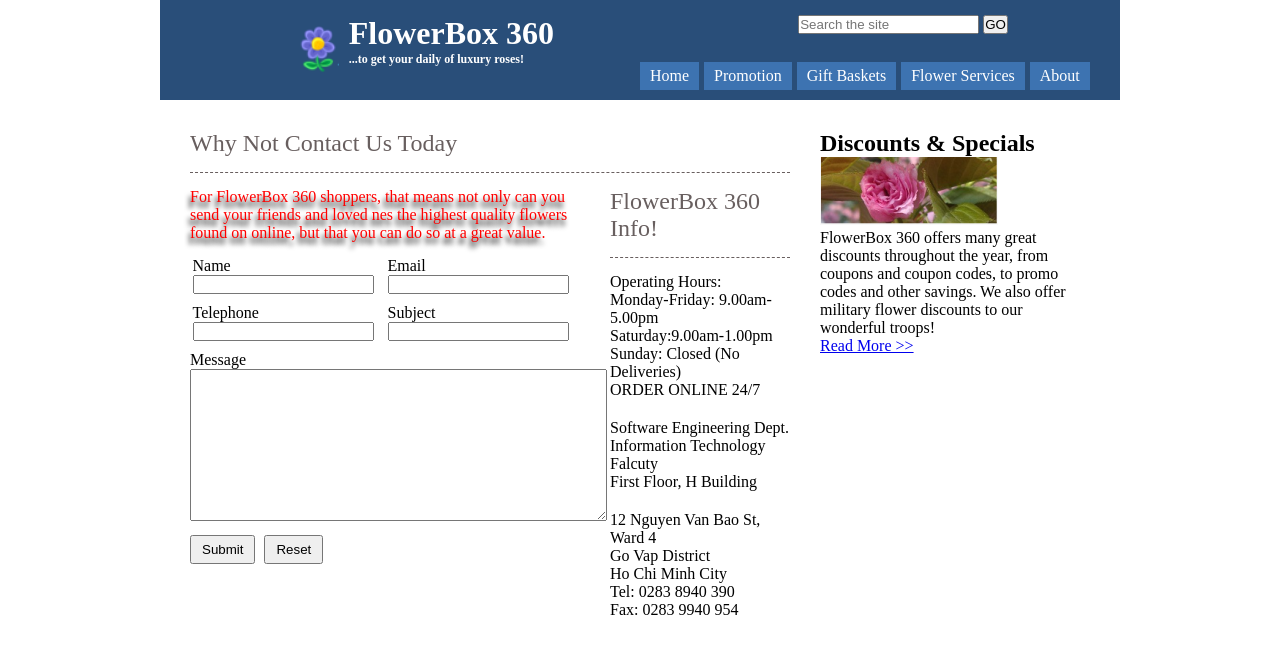
Repository: hoangnguyen1903/STT_21084321_NguyenHuyHoang_DHKHMT17B_Tuan4_DeThamKhao3
Page: html/demo.html
The author's editor kept a copy of each file at every save. The page is drawn from the files as they stood at one save, then again after the next save.
The browser window is 1280 px wide. The pictures show the whole page.

Above is the page before, as saved 2023-03-09 15:06:00.

### html/demo.html
<!DOCTYPE html>
<html lang="en">
  <head>
    <meta charset="UTF-8" />
    <meta http-equiv="X-UA-Compatible" content="IE=edge" />
    <meta name="viewport" content="width=device-width, initial-scale=1.0" />
    <title>Demo 3</title>
    <style>
      * {
        padding: 0;
        box-sizing: border-box;
        margin: 0 auto;
      }

      .wrapper {
        width: 960px;
        height: 100%;
      }

      .header {
        width: 960px;
        height: 100px;
        background-color: #294e79;
        color: #fff;
        display: flex;
        position: relative;
      }

      .header > .header__left {
        display: flex;
        padding: 15px 20px;
      }

      .header > .header__left > img {
        padding-right: 10px;
      }

      .header > .header__left > div > h2 {
        font-size: 12px;
      }

      .header > .header__right {
        padding-top: 15px;
      }

      .header > .header__bottom {
        position: absolute;
        bottom: 10px;
        left: 50%;
        display: flex;
      }

      .header > .header__bottom > li {
        list-style: none;
        margin-right: 5px;
        background-color: #3d73b1;
        padding: 5px 10px;
      }

      .header > .header__bottom > li:hover {
        background-color: #fff;
      }

      .header > .header__bottom > li:hover > a {
        color: #000;
      }

      .header > .header__bottom > li > a {
        text-decoration: none;
        color: white;
      }

      .content {
        width: 960px;
        display: flex;
        padding: 30px;
      }

      .content > .content__left {
        width: calc(70% - 30px);
        margin-right: 30px;
      }

      .content > .content__left > .content__left-top {
        color: #685f5f;
        font-weight: 500;
        padding-bottom: 15px;
        border-bottom: 1px dashed #685f5f;
        margin-bottom: 15px;
      }

      .content > .content__left > .content__left-bottom {
        display: flex;
      }

      .content > .content__left > .content__left-bottom > .content__left-form {
        width: calc(70% - 30px);
        margin-right: 30px;
      }

      .content
        > .content__left
        > .content__left-bottom
        > .content__left-form
        > p {
        color: red;
        text-shadow: -2px 6px 5px #000;
        margin-bottom: 15px;
      }

      .content
        > .content__left
        > .content__left-bottom
        > .content__left-form
        > form {
        display: flex;
        flex-wrap: wrap;
      }

      .content
        > .content__left
        > .content__left-bottom
        > .content__left-form
        > form
        > div {
        width: calc(50% - 5px);
        margin-bottom: 10px;
      }

      .content
        > .content__left
        > .content__left-bottom
        > .content__left-form
        > form
        > div:nth-child(5) {
        width: 100%;
        margin-bottom: 10px;
      }

      .content
        > .content__left
        > .content__left-bottom
        > .content__left-form
        > form
        > div:nth-child(6) {
        width: 100%;
        margin-bottom: 10px;
      }

      .content
        > .content__left
        > .content__left-bottom
        > .content__left-form
        > form
        > div:nth-child(6)
        > input {
        padding: 5px 10px;
        margin-right: 5px;
      }

      .content
        > .content__left
        > .content__left-bottom
        > .content__left-info
        > .content__left-heading {
        color: #685f5f;
        font-weight: 500;
        padding-bottom: 15px;
        border-bottom: 1px dashed #685f5f;
        margin-bottom: 15px;
      }

      .content
        > .content__left
        > .content__left-bottom
        > .content__left-info
        > div:not(:last-child) {
        margin-bottom: 20px;
      }

      .content > .content__right {
        width: 30%;
      }
    </style>
  </head>
  <body>
    <div class="wrapper">
      <div class="header">
        <div class="header__left">
          <img src="../img/AnhLogo.PNG" alt="Logo" class="logo" />
          <div>
            <h1>FlowerBox 360</h1>
            <h2>...to get your daily of luxury roses!</h2>
          </div>
        </div>
        <ul class="header__bottom">
          <li><a href="#">Home</a></li>
          <li><a href="#">Promotion</a></li>
          <li><a href="#">Gift Baskets</a></li>
          <li><a href="#">Flower Services</a></li>
          <li><a href="#">About</a></li>
        </ul>
        <div class="header__right">
          <input
            type="text"
            name="txt"
            id="txt"
            placeholder="Search the site"
          />
          <input type="button" value="GO" />
        </div>
      </div>
      <div class="content">
        <div class="content__left">
          <h2 class="content__left-top">Why Not Contact Us Today</h2>
          <div class="content__left-bottom">
            <div class="content__left-form">
              <p>
                For FlowerBox 360 shoppers, that means not only can you send
                your friends and loved nes the highest quality flowers found on
                online, but that you can do so at a great value.
              </p>
              <form action="">
                <div>
                  <label for="name">Name</label>
                  <input type="text" name="name" id="name" />
                </div>
                <div>
                  <label for="email">Email</label>
                  <input type="email" name="email" id="email" />
                </div>
                <div>
                  <label for="telephone">Telephone</label>
                  <input type="number" name="telephone" id="telephone" />
                </div>
                <div>
                  <label for="subject">Subject</label>
                  <input type="text" name="subject" id="subject" />
                </div>
                <div>
                  <label for="message">Message</label>
                  <div>
                    <textarea
                      name="message"
                      id="message"
                      cols="50"
                      rows="10"
                    ></textarea>
                  </div>
                </div>
                <div>
                  <input type="submit" value="Submit" />
                  <input type="reset" value="Reset" />
                </div>
              </form>
            </div>
            <div class="content__left-info">
              <h2 class="content__left-heading">FlowerBox 360 Info!</h2>
              <div>
                <p>Operating Hours:</p>
                <p>Monday-Friday: 9.00am-5.00pm</p>
                <p>Saturday:9.00am-1.00pm</p>
                <p>Sunday: Closed (No Deliveries)</p>
                <p>ORDER ONLINE 24/7</p>
              </div>
              <div>
                <p>Software Engineering Dept.</p>
                <p>Information Technology Falcuty</p>
                <p>First Floor, H Building</p>
              </div>
              <div>
                <p>12 Nguyen Van Bao St, Ward 4</p>
                <p>Go Vap District</p>
                <p>Ho Chi Minh City</p>
                <p>Tel: 0283 8940 390</p>
                <p>Fax: 0283 9940 954</p>
              </div>
            </div>
          </div>
        </div>
        <div class="content__right">
          <h2 class="content__right-top">Discounts & Specials</h2>
          <div class="content__right-bottom">
            <img src="../img/flower.PNG" alt="Flower" />
            <p>
              FlowerBox 360 offers many great discounts throughout the year,
              from coupons and coupon codes, to promo codes and other savings.
              We also offer military flower discounts to our wonderful troops!
            </p>
            <a href="#">Read More >></a>
          </div>
        </div>
      </div>
      <div class="footer"></div>
    </div>
  </body>
</html>

After the next save:
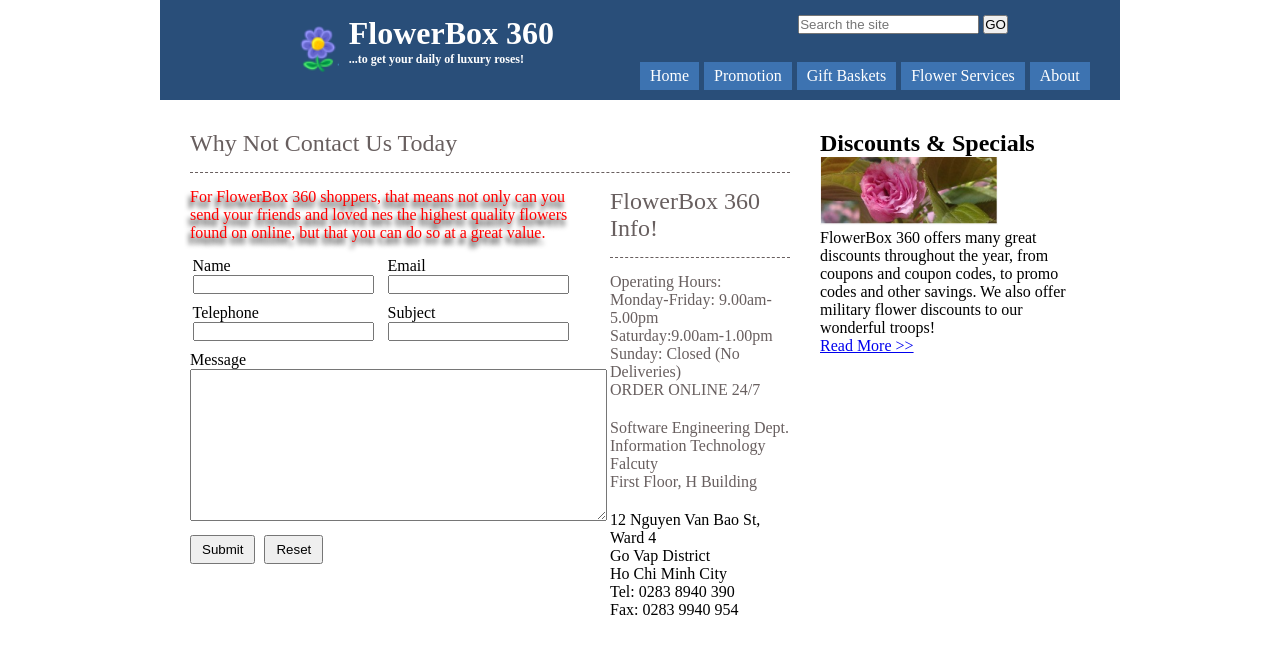
Saved 52 s later.
--- a/html/demo.html
+++ b/html/demo.html
@@ -176,6 +176,14 @@
         > .content__left-info
         > div:not(:last-child) {
         margin-bottom: 20px;
+      }
+
+      .content
+        > .content__left
+        > .content__left-bottom
+        > .content__left-info
+        > div:not(:last-child) {
+        color: #685f5f;
       }
 
       .content > .content__right {
